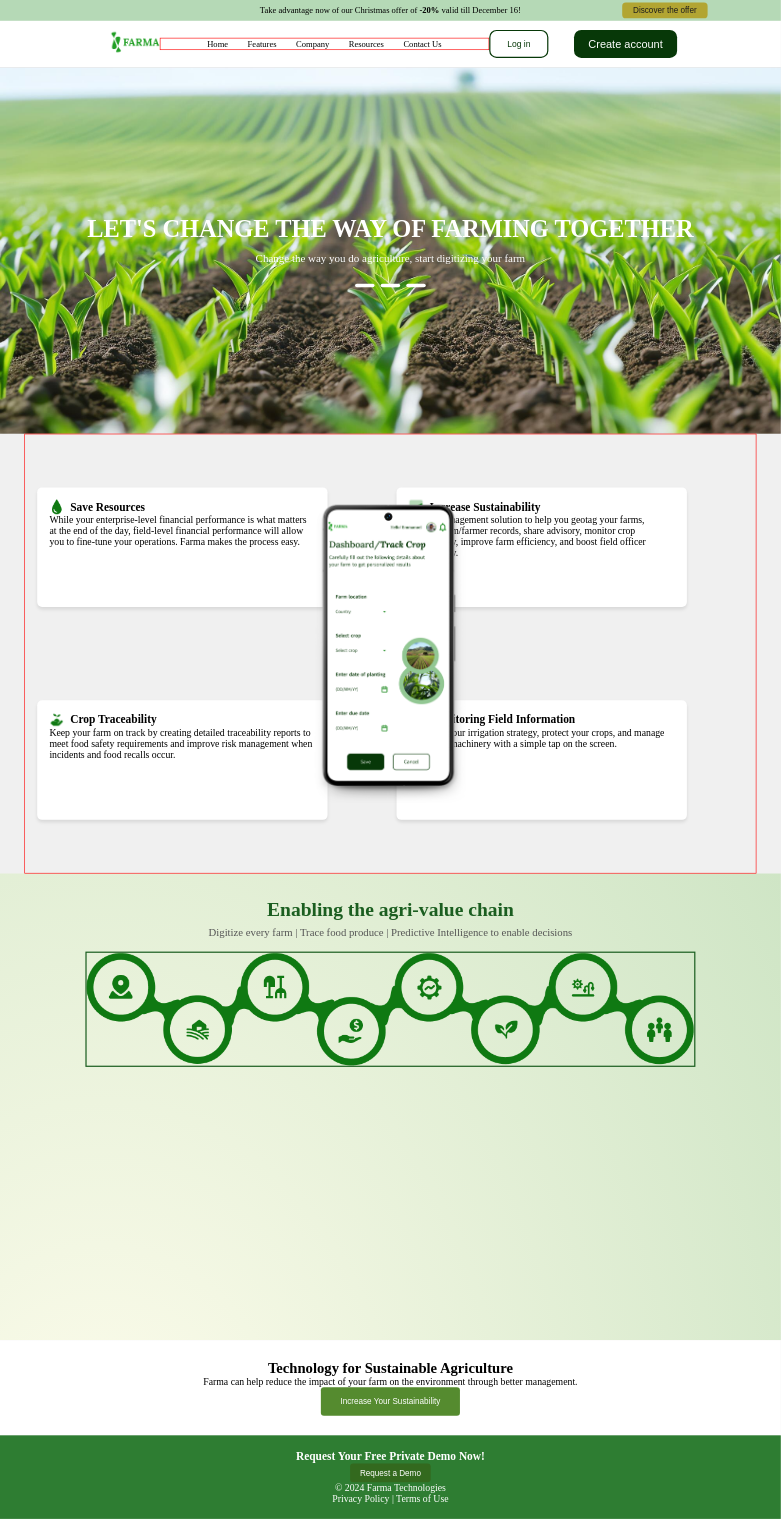
Repository: Cryptim/FARMA-TEAM-4
Page: index.html
The author's editor kept a copy of each file at every save. The page is drawn from the files as they stood at one save, then again after a run of saves.
The browser window is 1280 px wide. The pictures show the whole page, at 61% of full size.

Above is the page before, as saved 2024-12-05 22:25:45.

After the next 2 saves:
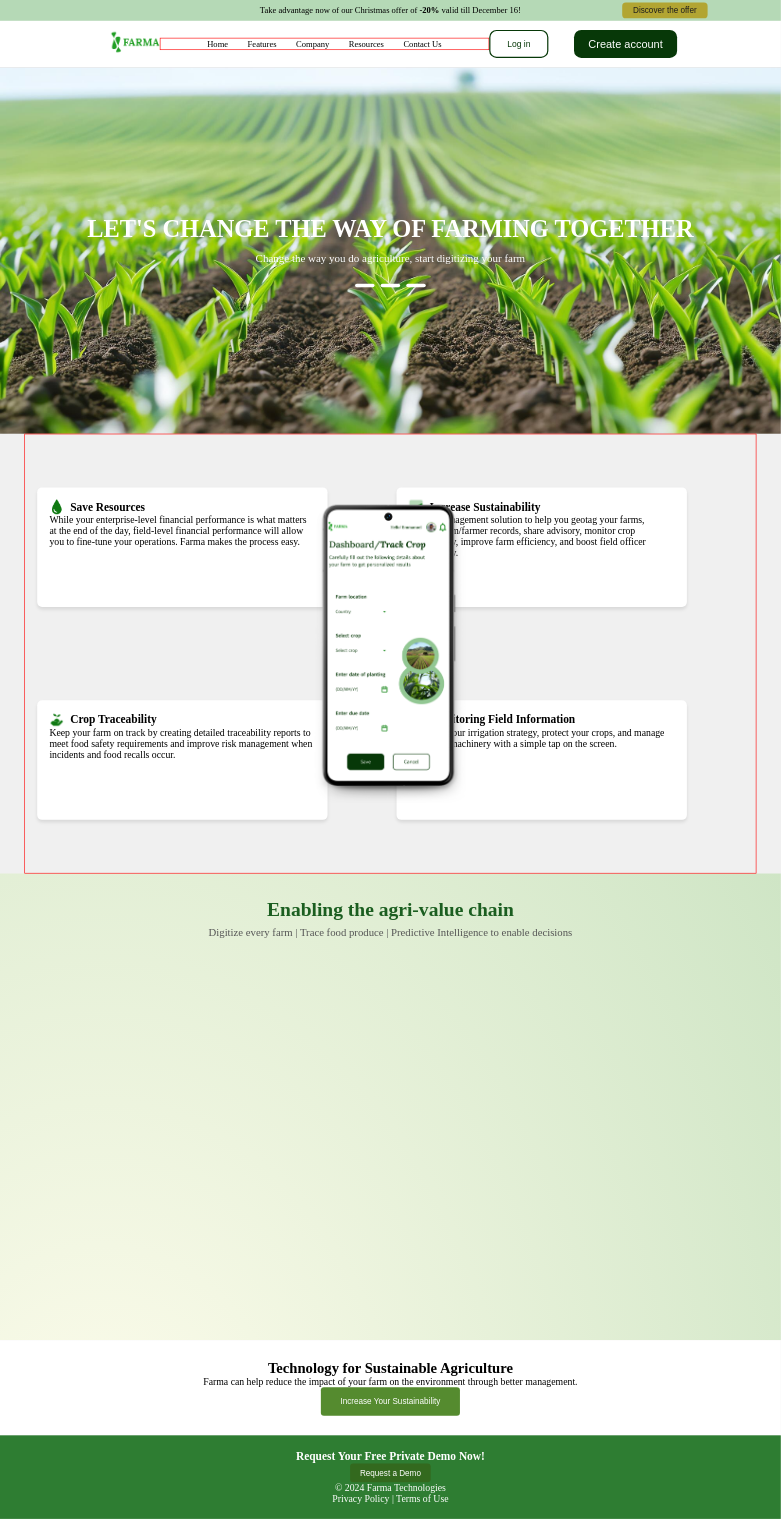
The 2 saves are shown as one change because they came seconds apart.
The last was saved 18 s later.
--- a/index.html
+++ b/index.html
@@ -129,9 +129,6 @@
       </p>
       <!-- Single Central Image -->
       <div>
-        <div class="central-image">
-          <img src="assets/images/Chain.png" alt="Agri Value Chain Icon" />
-        </div>
 
       </div>
     </section>
